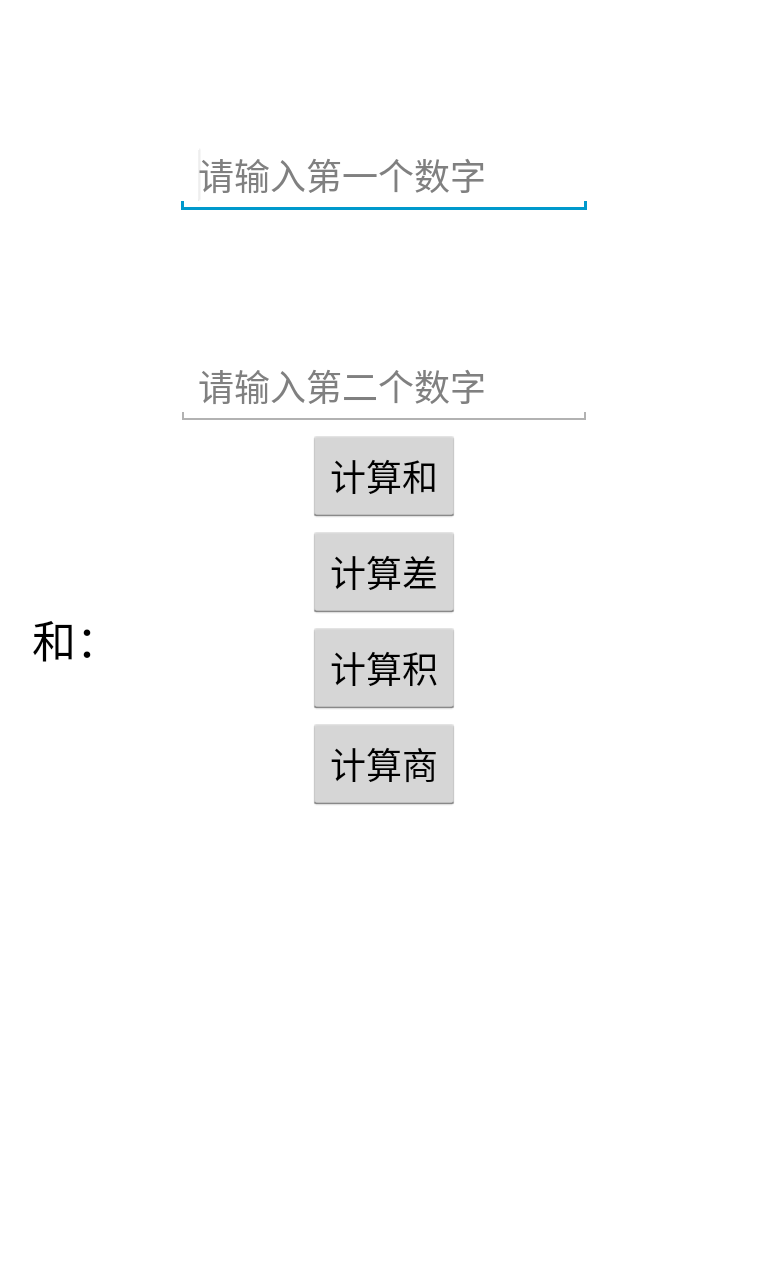
Repository: KungW/windows_learn_java_track
Layout: Caculator/res/layout/activity_main.xml
The author's editor kept a copy of each file at every save. The layout is drawn from the files as they stood at one save, then again after the next save.
It is drawn on a 768 x 1280 px phone screen (xhdpi) without system bars, with theme AppTheme; the app's code is not run.

Above is the layout before, as saved 2016-10-14 06:57:28.

### Caculator/res/layout/activity_main.xml
<RelativeLayout xmlns:android="http://schemas.android.com/apk/res/android"
    xmlns:tools="http://schemas.android.com/tools"
    android:layout_width="match_parent"
    android:layout_height="wrap_content"
    android:paddingBottom="@dimen/activity_vertical_margin"
    android:paddingLeft="@dimen/activity_horizontal_margin"
    android:paddingRight="@dimen/activity_horizontal_margin"
    android:paddingTop="@dimen/activity_vertical_margin"
    tools:context=".MainActivity" >

    <EditText
        android:id="@+id/editText2"
        android:layout_width="wrap_content"
        android:layout_height="wrap_content"
        android:layout_alignLeft="@+id/editText1"
        android:layout_below="@+id/editText1"
        android:layout_marginTop="64dp"
        android:hint="请输入第二个数字"
        android:ems="10" />

    <Button
        android:id="@+id/button1"
        android:layout_width="wrap_content"
        android:layout_height="wrap_content"
        android:layout_below="@+id/editText2"
        android:layout_centerHorizontal="true"
        android:text="计算和" />
    <Button
        android:id="@+id/button2"
        android:layout_width="wrap_content"
        android:layout_height="wrap_content"
        android:layout_below="@id/button1"
        android:layout_centerHorizontal="true"
        android:text="计算差" />
    <Button
        android:id="@+id/button3"
        android:layout_width="wrap_content"
        android:layout_height="wrap_content"
        android:layout_below="@id/button2"
        android:layout_centerHorizontal="true"
        android:text="计算积" />
    <Button
        android:id="@+id/button4"
        android:layout_width="wrap_content"
        android:layout_height="wrap_content"
        android:layout_below="@id/button3"
        android:layout_centerHorizontal="true"
        android:text="计算商" />

    <TextView
        android:id="@+id/textView1"
        android:layout_width="wrap_content"
        android:layout_height="wrap_content"
        android:layout_alignParentLeft="true"
        android:layout_alignParentRight="true"
        android:layout_below="@+id/button1"
        android:layout_marginTop="41dp"
        android:text="和："
        android:textAppearance="?android:attr/textAppearanceLarge" />

    <EditText
        android:id="@+id/editText1"
        android:layout_width="wrap_content"
        android:layout_height="wrap_content"
        android:layout_alignParentTop="true"
        android:layout_centerHorizontal="true"
        android:layout_marginTop="51dp"
        android:ems="10"
        android:hint="请输入第一个数字" >

        <requestFocus />
    </EditText>

</RelativeLayout>

Loaded but not shown: Caculator/res/values/styles.xml (common file); Caculator/res/values-v11/styles.xml (common file); Caculator/res/values-v14/styles.xml (common file); Caculator/res/values/dimens.xml (common file)

After the next save:
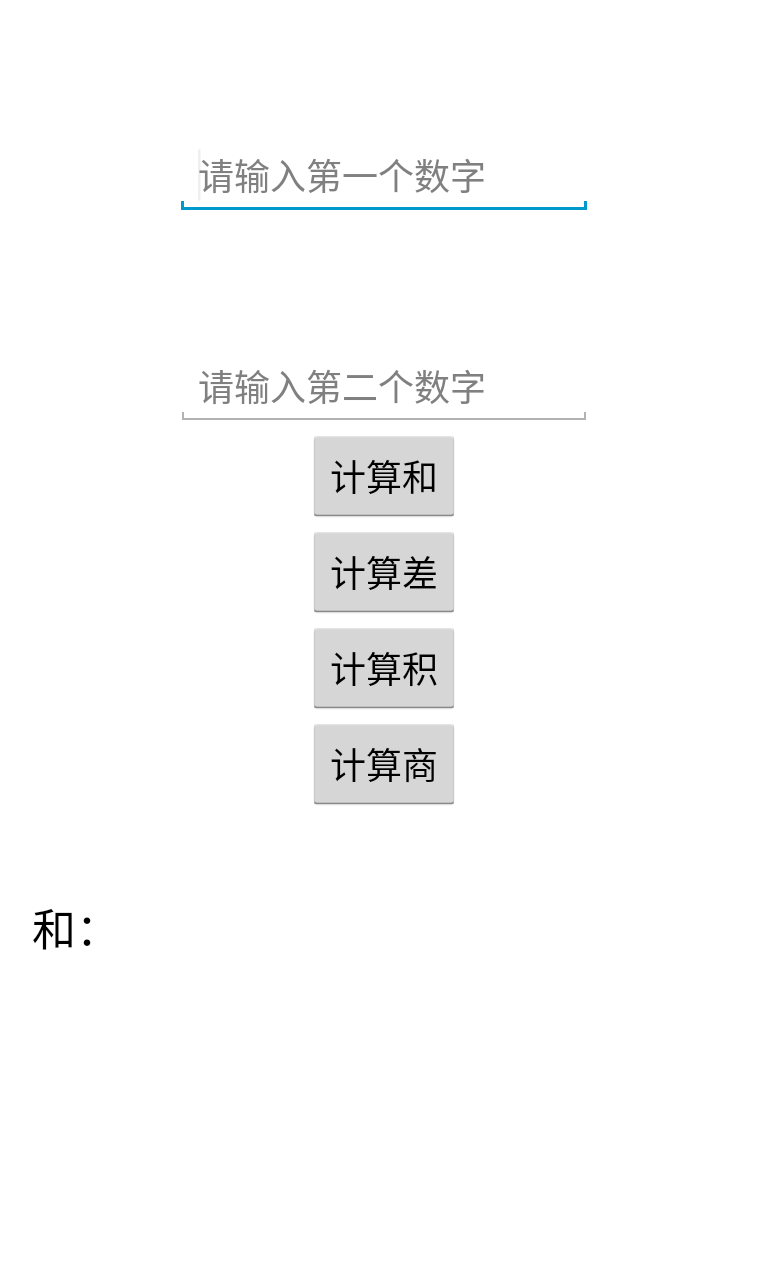
Saved 33 min 45 s later.
--- a/Caculator/res/layout/activity_main.xml
+++ b/Caculator/res/layout/activity_main.xml
@@ -53,7 +53,7 @@
         android:layout_height="wrap_content"
         android:layout_alignParentLeft="true"
         android:layout_alignParentRight="true"
-        android:layout_below="@+id/button1"
+        android:layout_below="@+id/button4"
         android:layout_marginTop="41dp"
         android:text="和："
         android:textAppearance="?android:attr/textAppearanceLarge" />
